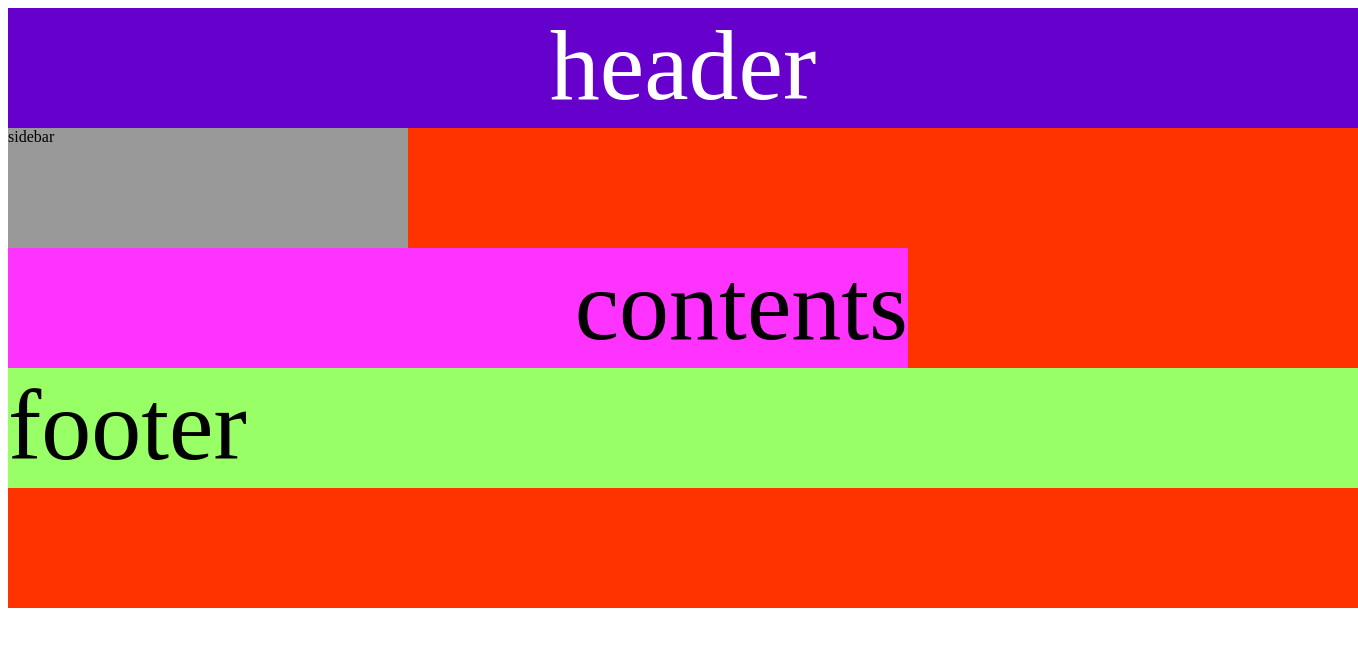
Repository: Leewonhoo/kostaweb
Page: project_div/WebContent/layout1.html
The author's editor kept a copy of each file at every save. The page is drawn from the files as they stood at one save, then again after the next save.
The browser window is 1280 px wide. The page is 1358 px wide, so the pictures cover 1358 px, including what lies to the right of the window. The pictures show the whole page.

Above is the page before, as saved 2017-09-11 06:25:51.

### project_div/WebContent/layout1.html
<!DOCTYPE html PUBLIC "-//W3C//DTD HTML 4.01 Transitional//EN" "http://www.w3.org/TR/html4/loose.dtd">
<html>
<head>
<meta http-equiv="Content-Type" content="text/html; charset=EUC-KR">
<title>Insert title here</title>

<!-- internal css -->
<style type="text/css">
/*주석*/
#wrap{
background-color: #ff3300;
width: 1350px;
height: 600px;
}
#header{
background-color: #6600cc;
width: 1350px;
height: 120px;
color: white;
font-size: 100px;
text-align: center;
}
#sidebar{
background-color: #999999;
width: 400px;
height: 120px;
}
#contents{
background-color: #ff33ff;
width: 900px;
height: 120px;
font-size: 100px;
text-align: right;
}
#footer{
background-color: #99ff66;
width: 1350px;
height: 120px;
font-size: 100px;
text-align: justify;
}
</style>

</head>
<body>
	<div id="wrap">
		<div id="header">header</div>
		<div id="sidebar">sidebar</div>
		<div id="contents">contents</div>
		<div id="footer">footer</div>
	</div>
</body>
</html>

After the next save:
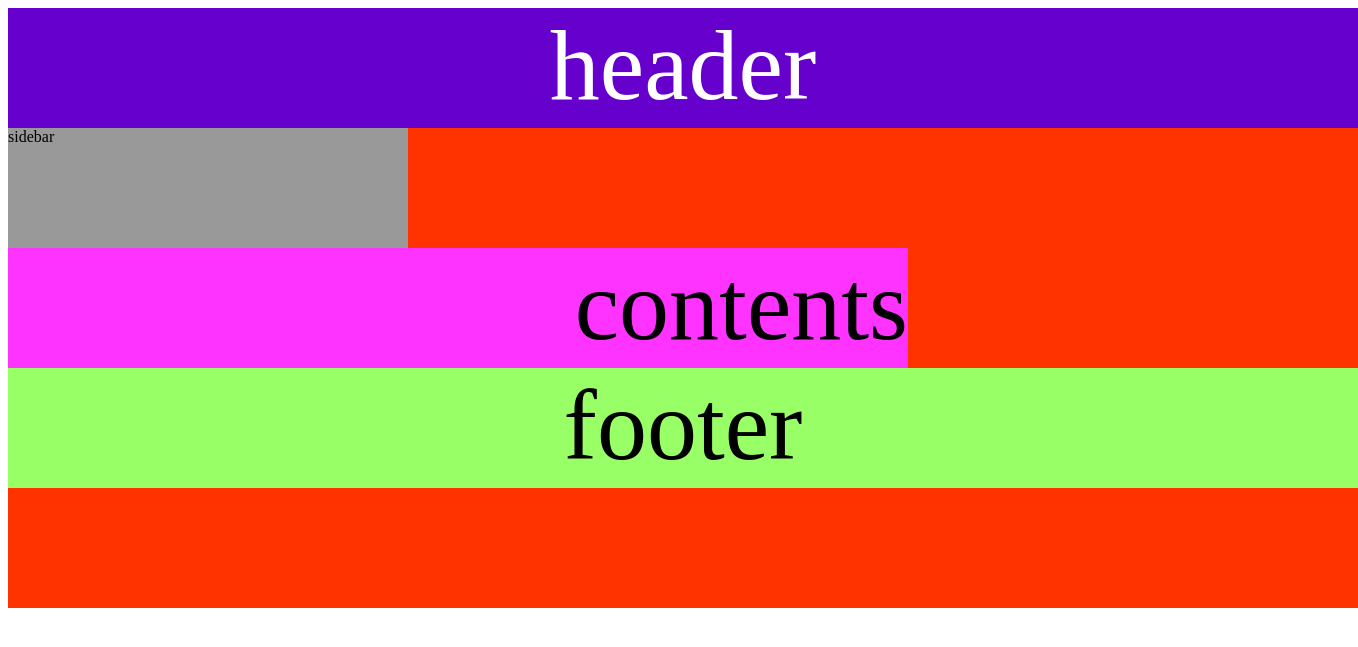
Saved 9 s later.
--- a/project_div/WebContent/layout1.html
+++ b/project_div/WebContent/layout1.html
@@ -37,7 +37,7 @@ background-color: #99ff66;
 width: 1350px;
 height: 120px;
 font-size: 100px;
-text-align: justify;
+text-align: center;
 }
 </style>
 
